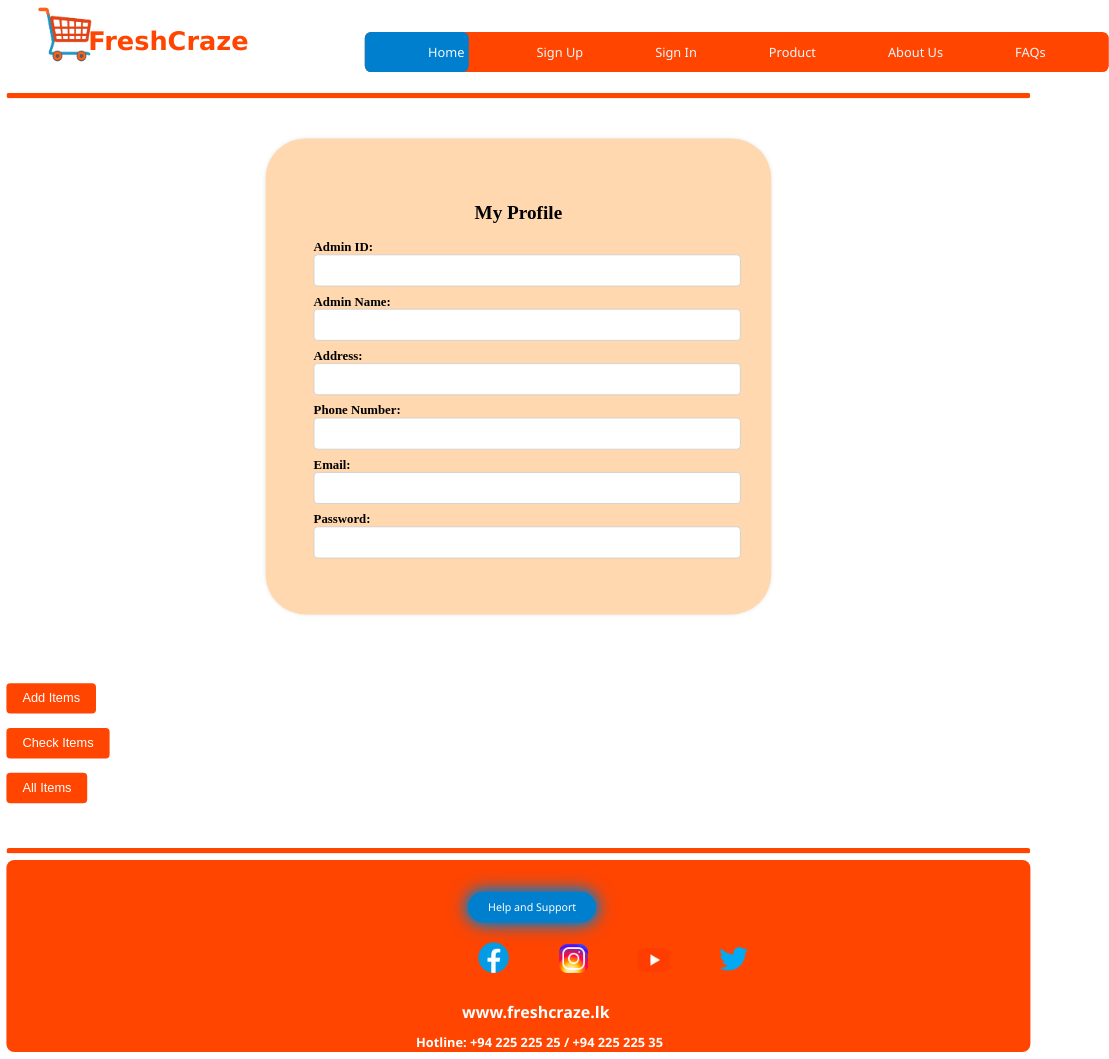
Repository: shanika2002/FreshCraze
Page: http://localhost/itemDem/profile.jsp
The author's editor kept a copy of each file at every save. The page is drawn from the files as they stood at one save, then again after the next save.
The browser window is 1280 px wide. The page is 1386 px wide, so the pictures cover 1386 px, including what lies to the right of the window. The pictures show the whole page, at 80% of full size.
The page is served by Tomcat 9. The template is opened directly, without the code that normally fills it, so the values that code supplies are empty.

Above is the page before, as saved 2024-05-11 08:29:03.

After the next save:
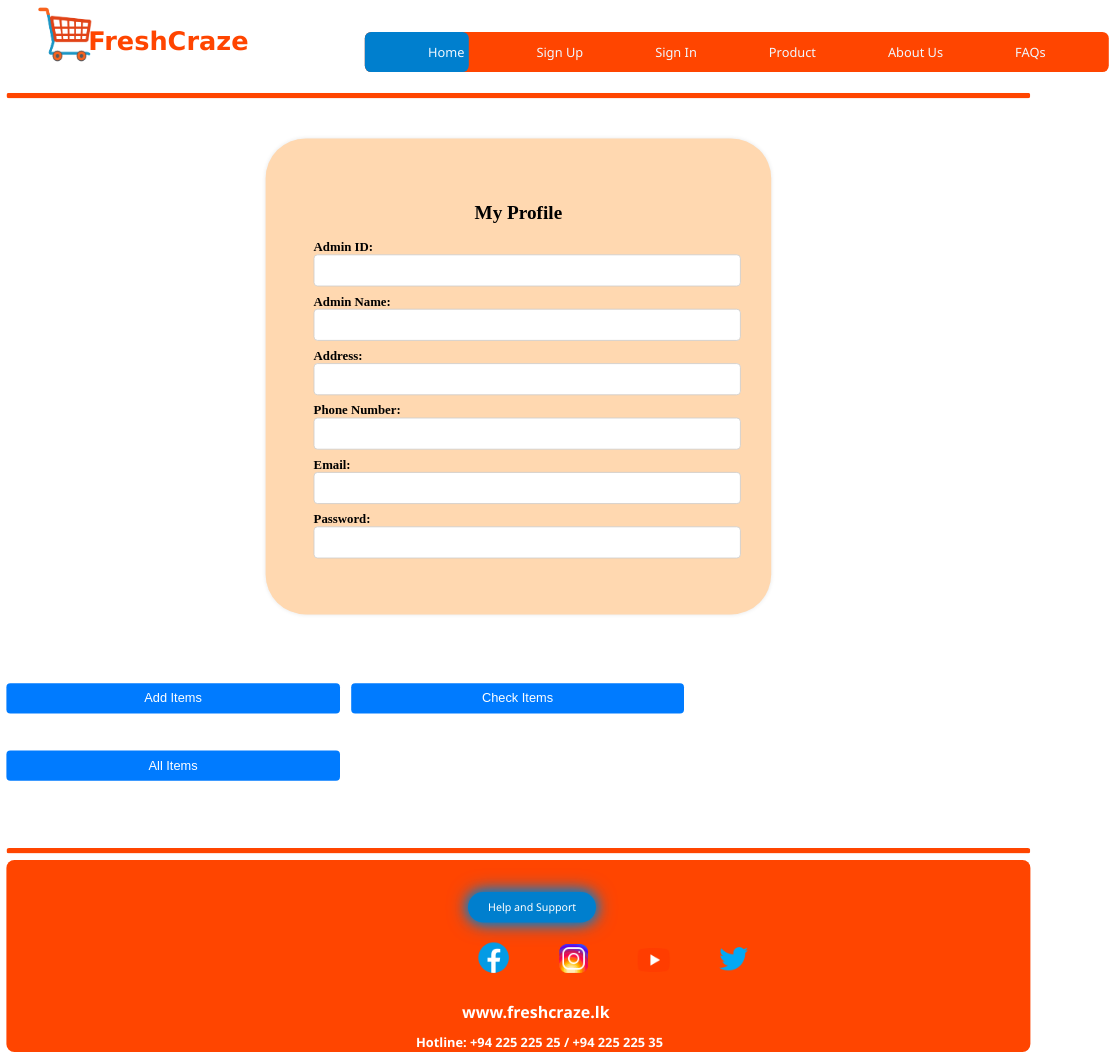
Saved 104 s later.
--- a/itemDem/src/main/webapp/css/adminprofile.css
+++ b/itemDem/src/main/webapp/css/adminprofile.css
@@ -175,28 +175,29 @@ nav a:nth-child(6):hover~span{
   }
 
 
-.button-container {
-    display: flex;
-    flex-direction: row;
-}
-
 form {
-    margin-right: 10px;
+    display: inline-block;
+    width: calc(33.33% - 10px); /* Adjust width and margin as needed */
+    margin-right: 10px; /* Adjust as needed for spacing between buttons */
 }
 
 button[type="submit"] {
-    background-color: orangered;
+    display: block; /* Ensures button fills the form's width */
+    width: 100%;
+    background-color: #007bff;
     color: #fff;
     padding: 10px 20px;
     border: none;
     border-radius: 5px;
     cursor: pointer;
     font-size: 16px;
+    margin-bottom: 10px; /* Optional: Adjust for vertical spacing */
 }
 
 button[type="submit"]:hover {
     background-color: #0056b3;
 }
+
 
 .footer{
     height: 200px;
